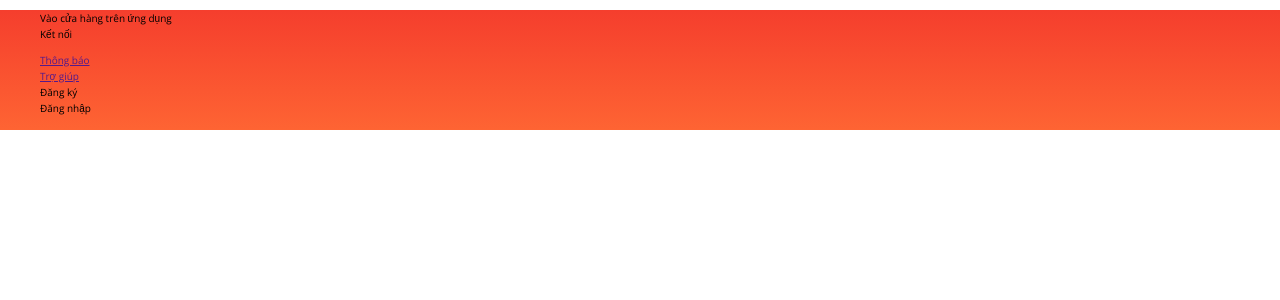
Repository: trongtamdev/Clone-Shopee-Page
Page: index.html
An editor plug-in stored every save of this project. The page is shown before and after the next save, followed by the edit.
The browser window is 1280 px wide. The pictures show the whole page.

Above is the page before, as saved 2022-07-05 15:34:01.

### index.html
<!DOCTYPE html>
<html lang="en">

<head>
    <meta charset="UTF-8">
    <meta http-equiv="X-UA-Compatible" content="IE=edge">
    <meta name="viewport" content="width=device-width, initial-scale=1.0">
    <title>Document</title>
    <link rel="stylesheet" href="https://cdnjs.cloudflare.com/ajax/libs/normalize/8.0.1/normalize.min.css">
    <link rel="stylesheet" href="assets/css/base.css">
    <link rel="stylesheet" href="assets/css/main.css">
    <link href="https://fonts.googleapis.com/css2?family=Open+Sans:wght@300;400;500;700&display=swap" rel="stylesheet">
</head>
    <div class="app">
        <header class="header">
            <nav class="header__navbar">
                <ul class="header__navbar-list">
                    <li class="header__navbar-item">
                        Vào cửa hàng trên ứng dụng
                    </li>
                    <li class="header__navbar-item">
                        Kết nối
                    </li>
                </ul>

                <ul class="header__navbar-list">
                    <li class="header__navbar-item">
                        <a href="" class="header__navbar-item-link">Thông báo</a>
                    </li>

                    <li class="header__navbar-item">
                        <a href="" class="header__navbar-item-link">Trợ giúp</a>
                    </li>

                    <li class="header__navbar-item">Đăng ký</li>
                    <li class="header__navbar-item">Đăng nhập</li>
                </ul>
            </nav>
        </header>

        <div class="container">

        </div>

        <footer class="footer">

        </footer>
    </div>

<body>

</body>

</html>

### assets/css/base.css
:root {
    --white-color :#fff;
    --back-color :#000;
    --text-color : #333;
}

*{
    box-sizing: inherit;
}

html {
    font-size: 62.5%;
    line-height: 1.6rem;
    font-family: 'Open Sans', sans-serif;;
    box-sizing: border-box;
}

.grid {
    width: 1200px;
    max-width: 100%;
    margin: 0 auto;
}

.grid__full-width {
    width: 100%;
}

.grid__row {
    display: flex;
    flex-wrap: wrap
}

### assets/css/main.css
.header {
    height: 120px;
    background-image: linear-gradient(0, #fe6433, #f53e2d);
}

.header__navbar-list {
    list-style: none;
}

After the next save:
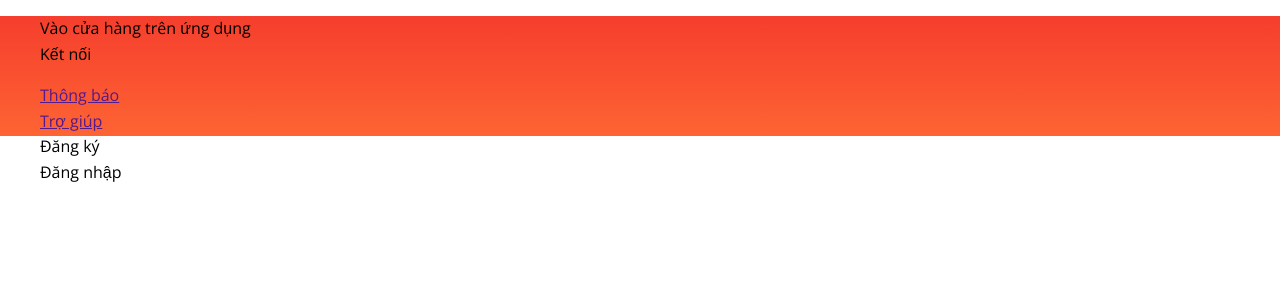
Saved 27 s later.
--- a/assets/css/base.css
+++ b/assets/css/base.css
@@ -9,7 +9,7 @@
 }
 
 html {
-    font-size: 62.5%;
+    font-size: 100%;
     line-height: 1.6rem;
     font-family: 'Open Sans', sans-serif;;
     box-sizing: border-box;

After the save that followed:
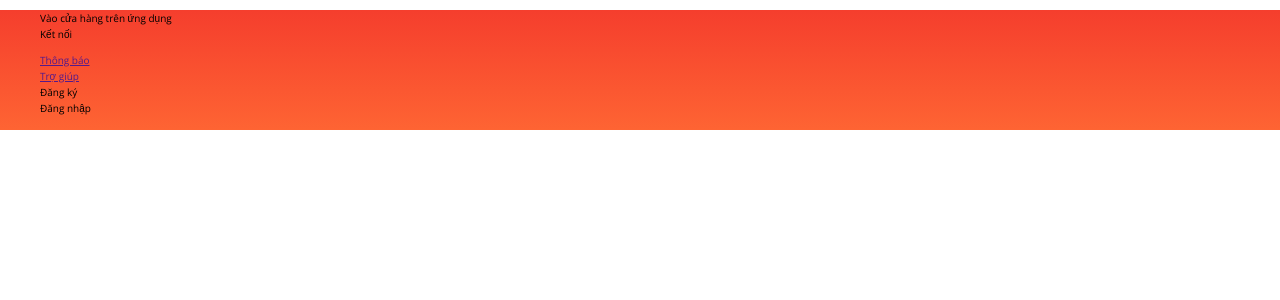
Saved 4 s later.
--- a/assets/css/base.css
+++ b/assets/css/base.css
@@ -9,7 +9,7 @@
 }
 
 html {
-    font-size: 100%;
+    font-size: 62.5%;
     line-height: 1.6rem;
     font-family: 'Open Sans', sans-serif;;
     box-sizing: border-box;
